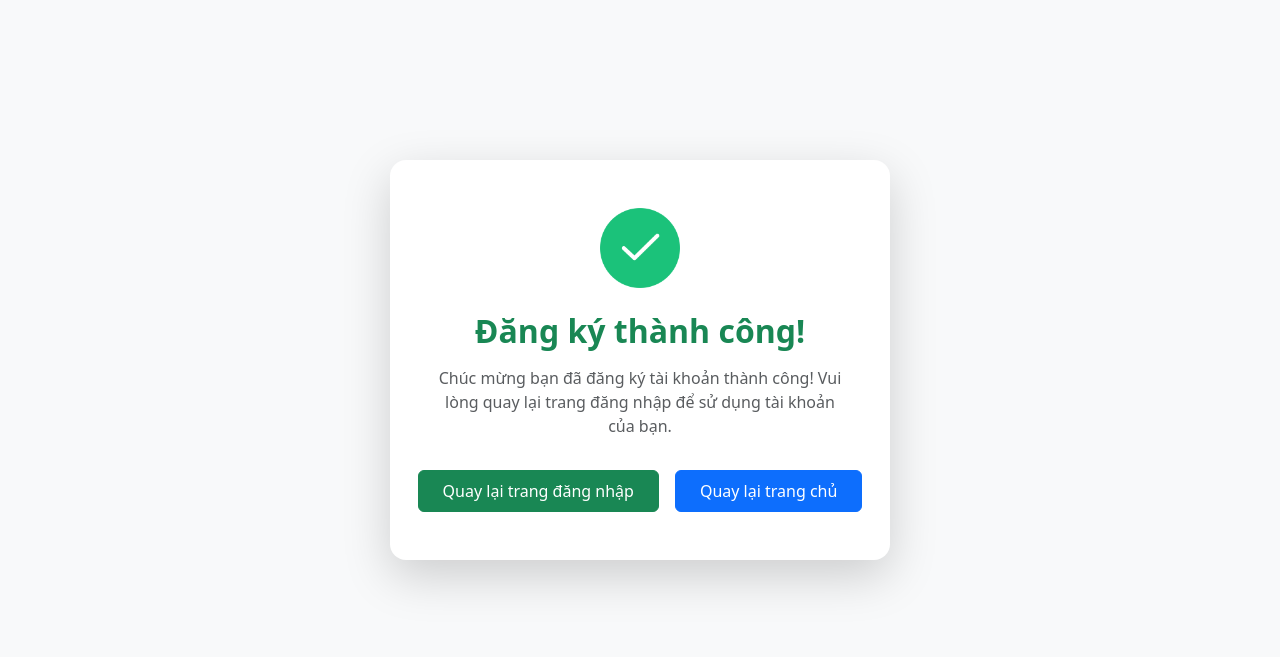
Repository: manhtdxxx/Tour-Booking-Webapp
Page: http://localhost/bookingTour/success.jsp
The author's editor kept a copy of each file at every save. The page is drawn from the files as they stood at one save, then again after the next save.
The browser window is 1280 px wide. The pictures show the whole page.
The page is served by Tomcat 9. Other server files are loaded and not shown.

Above is the page before, as saved 2024-11-07 10:33:47.

### bookingTour/src/main/webapp/success.jsp
<%@ page language="java" contentType="text/html; charset=UTF-8" pageEncoding="UTF-8"%>
<!DOCTYPE html>
<html>
<head>
<meta charset="UTF-8">
<title>Đăng ký thành công!</title>
<meta name="viewport" content="width=device-width, initial-scale=1">
<link href="https://cdn.jsdelivr.net/npm/bootstrap@5.3.3/dist/css/bootstrap.min.css"
	rel="stylesheet">
<script src="https://cdn.jsdelivr.net/npm/bootstrap@5.3.3/dist/js/bootstrap.bundle.min.js"></script>

<style>
.btn {
	white-space: nowrap; /* Prevent text wrapping in the button */
}
</style>
</head>

<body class="d-flex align-items-center justify-content-center vh-100 bg-light">
	<!-- Card -->
	<div class="card text-center shadow-lg rounded-4" style="max-width: 500px; border: none;">
		<div class="card-body p-5">
			<!-- Image Icon -->
			<div class="d-flex justify-content-center mb-4">
				<img src="images/success-icon.png" alt="Success Icon" style="width: 80px; height: 80px;">
			</div>
			<h2 class="card-title text-success fw-bold">Đăng ký thành công!</h2>
			<p class="card-text text-muted my-3">Chúc mừng bạn đã đăng ký tài khoản thành công! Vui lòng
				quay lại trang đăng nhập để sử dụng tài khoản của bạn.</p>

			<!-- Button -->
			<div class="d-flex justify-content-center gap-3">
				<a href="login.jsp" class="btn btn-success px-4 py-2 mt-3"> Quay lại trang đăng nhập </a> <a
					href="index.jsp" class="btn btn-primary px-4 py-2 mt-3"> Quay lại trang chủ </a>
			</div>
		</div>
	</div>
</body>

</html>

After the next save:
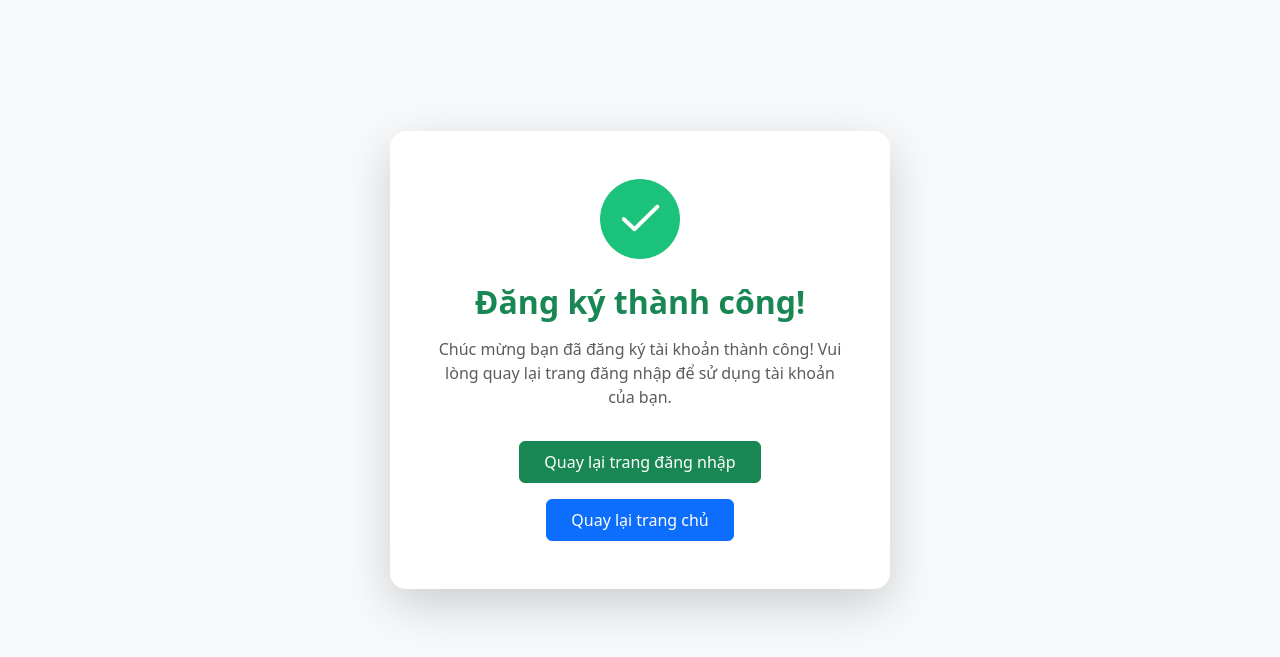
Saved 2 min 44 s later.
--- a/bookingTour/src/main/webapp/success.jsp
+++ b/bookingTour/src/main/webapp/success.jsp
@@ -29,11 +29,16 @@
 				quay lại trang đăng nhập để sử dụng tài khoản của bạn.</p>
 
 			<!-- Button -->
-			<div class="d-flex justify-content-center gap-3">
-				<a href="login.jsp" class="btn btn-success px-4 py-2 mt-3"> Quay lại trang đăng nhập </a> <a
-					href="index.jsp" class="btn btn-primary px-4 py-2 mt-3"> Quay lại trang chủ </a>
+			<div class="row">
+				<div col-md-6>
+					<a href="login.jsp" class="btn btn-success px-4 py-2 mt-3"> Quay lại trang đăng nhập </a>
+				</div>
+				<div col-md-6>
+					<a href="index.jsp" class="btn btn-primary px-4 py-2 mt-3"> Quay lại trang chủ </a>
+				</div>
 			</div>
 		</div>
+	</div>
 	</div>
 </body>
 
